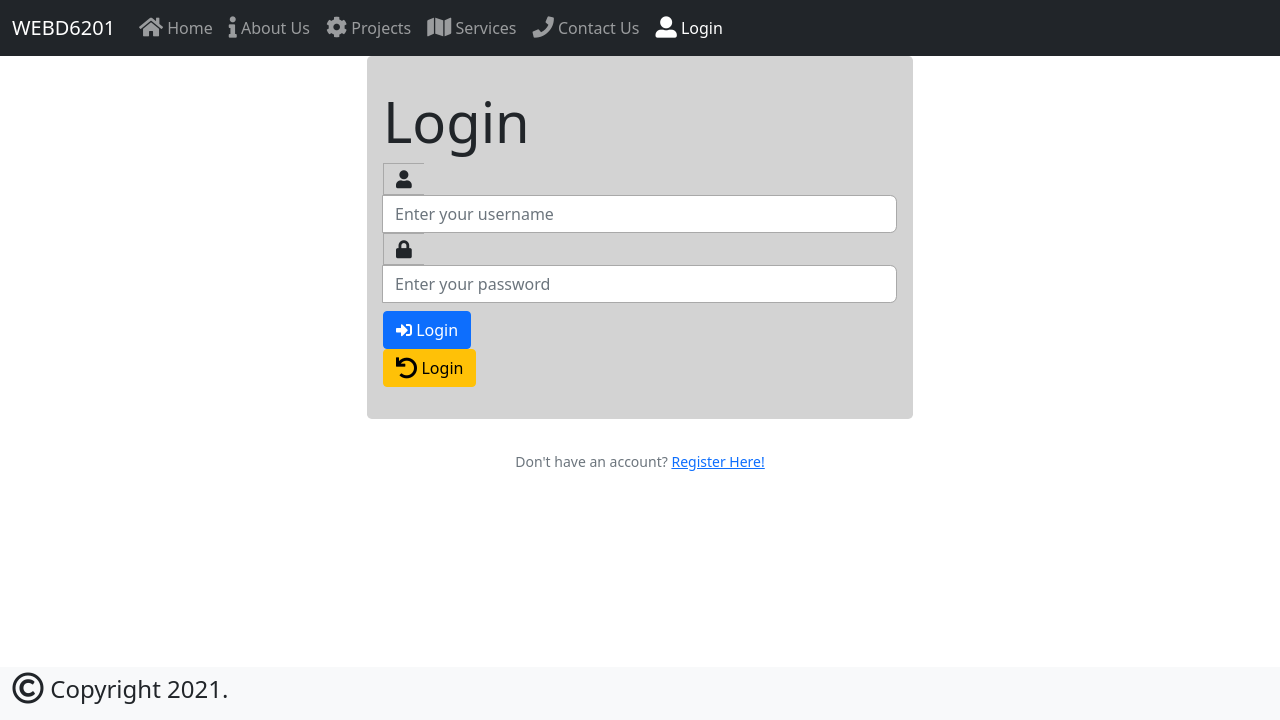
Repository: CKM206/WebD6201-W2021-ICE5
Page: login.html
These files come from the project's save history. The page is drawn as it stood at one moment and after the next save; the edit follows.
The browser window is 1280 px wide. The pictures show the whole page.

Above is the page before, as saved 2021-03-07 01:25:54.

### login.html
<!DOCTYPE html>
<html lang="en">
<head>
    <meta charset="UTF-8">
    <meta name="viewport" content="width=device-width, initial-scale=1.0">
    <title>Login</title>
    <!-- CSS Section -->
    <link rel="stylesheet" href="./node_modules/bootstrap/dist/css/bootstrap.min.css">
    <link rel="stylesheet" href="./node_modules/@fortawesome/fontawesome-free/css/all.min.css">
    <link rel="stylesheet" href="./Content/app.css">
</head>
<body>
    <!-- Main Header -->
    <header>
        <!-- Main Navigation -->
        <nav class="navbar navbar-expand-lg navbar-dark bg-dark">
            <div class="container-fluid">
              <a class="navbar-brand" href="index.html">WEBD6201</a>
              <button class="navbar-toggler" type="button" data-bs-toggle="collapse" data-bs-target="#navbarSupportedContent" aria-controls="navbarSupportedContent" aria-expanded="false" aria-label="Toggle navigation">
                <span class="navbar-toggler-icon"></span>
              </button>
              <div class="collapse navbar-collapse" id="navbarSupportedContent">
                <ul class="navbar-nav me-auto mb-2 mb-lg-0">
                  <li class="nav-item">
                    <a class="nav-link" aria-current="page" href="index.html"><i class="fas fa-home fa-lg"></i> Home</a>
                  </li>

                  <li class="nav-item">
                    <a class="nav-link" aria-current="page" href="about.html"><i class="fas fa-info fa-lg"></i> About Us</a>
                  </li>

                  <li class="nav-item">
                    <a class="nav-link" aria-current="page" href="projects.html"><i class="fas fa-cog fa-lg"></i> Projects</a>
                  </li>

                  <li class="nav-item">
                    <a class="nav-link" aria-current="page" href="services.html"><i class="fas fa-map fa-lg"></i> Services</a>
                  </li>

                  <li class="nav-item">
                    <a class="nav-link" aria-current="page" href="contact.html"><i class="fas fa-phone fa-lg"></i> Contact Us</a>
                  </li>
                  <li id="loginListItem" class="nav-item">
                    <a class="nav-link active" aria-current="page" href="login.html"><i class="fas fa-user-alt fa-lg"></i> Login</a>
                  </li>
                </ul>
              </div>
            </div>
          </nav>
    </header>

    <!-- Main Content -->
    <main class="container" id="mainContent">
      <div class="row">
          <div class="offset-md-3 col-md-6 col-sm-12">
                <div class="login" id="contentArea">
                    <h1 class="display-4">Login</h1>
                    <form id="loginForm" novalidate>

                      <div class="form-group">
                        <div class="input-group">
                          <span class="input-group-addon">
                            <i class="fa fa-user">
                            </i>
                          </span>
                          <input type="text" class="form-control" id="username" name="username"  required
                          value="" placeholder="Enter your username">
                        </div>

                      </div>

                      <div class="form-group mb-2">
                        <div class="input-group">
                          <span class="input-group-addon">
                            <i class="fa fa-lock">
                            </i>
                          </span>
                          <input type="password" class="form-control" id="password" name="password"  required
                          value="" placeholder="Enter your password">
                        </div>

                      </div>
                      <div class="text-right">
                        <button id="loginButton" type="submit" class="btn btn-primary"> <i class="fas fa-sign-in-alt"></i> Login</button>
                      </div>

                      <div class="text-right">
                        <button id="cancelButton" type="button" class="btn btn-warning"> <i class="fas fa-undo fa-lg"></i> Login</button>
                      </div>
                      </form>
                    </div>

                </div>
                <p class="text-center text-muted small">
                  Don't have an account?
                  <a href="register.html">Register Here!</a>
                </p>
          </div>
      </div>
  </main>

    <!-- Main Footer -->
    <footer>
        <nav class="navbar fixed-bottom navbar-light bg-light">
            <div class="container-fluid">
              <h4><i class="far fa-copyright fa-lg"></i> Copyright 2021.</h4>
            </div>
          </nav>
    </footer>

    <!-- Script Section-->
    <script src="./node_modules/jquery/dist/jquery.min.js"></script>
    <script src="./node_modules/bootstrap/dist/js/bootstrap.bundle.min.js"></script>

    <script src="./Scripts/namespace.js"></script>
    <script src="./Scripts/contact.js"></script>
    <script src="./Scripts/user.js"></script>
    <script src="./Scripts/app.js"></script>
</body>
</html>

### Content/app.css
/* custom css goes here */
.input-group-addon:first-child
{
    border-right: 0;
}

.input-group-addon
{
    padding: 6px 12px;
    font-size: 14px;
    font-weight: 400;
    line-height: 1;
    text-align: center;
    border: 1px solid darkgrey;
    border-radius: 4xpx;
}

.input-group-addon .fa
{
    font-size: 18px;
}

.input-group .form-control
{
    position:relative;
    z-index: 2;
    float:left;
    width: 100%;
    margin-bottom: 0;
}

.input-group .form-control:last-child
{
    border-top-left-radius: 0;
    border-bottom-left-radius: 0;
}



.login
{
    padding: 2rem 1rem;
    margin-bottom: 2rem;
    background-color: lightgrey;
    border-radius: .3rem;
}

.login input
{
    background-color: white;
    border-color: darkgrey;
    border-radius: .4em;
    width: 100%;
}

### Scripts/namespace.js

// namespace core
let core;

### Scripts/contact.js
"use strict";
// Contact Class

((core)=>{
  class Contact {
    // getters and setters
    get FullName()
    {
      return this.m_fullName;
    }

    set FullName(value)
    {
      this.m_fullName = value;
    }

    get ContactNumber()
    {
      return this.m_contactNumber;
    }

    set ContactNumber(value)
    {
      this.m_contactNumber = value;
    }

    get EmailAddress()
    {
      return this.m_emailAddress;
    }

    set EmailAddress(value)
    {
      this.m_emailAddress = value;
    }

    // constructor

    /**
     * @param {string} fullName
     * @param {string} contactNumber
     * @param {string} emailAddress
     */
    constructor(fullName = "", contactNumber = "", emailAddress = "")
    {
      this.FullName = fullName;
      this.ContactNumber = contactNumber;
      this.EmailAddress = emailAddress;
    }

    // methods

    /**
     * This method overrides the built-in toString method for the Contact class
     *
     * @returns {string}
     */
    toString()
    {
      return `Full Name     : ${this.FullName} \nContact Number: ${this.ContactNumber}\nEmail Address : ${this.EmailAddress}`;
    }

    /**
     * This method returns a JSON object made up of the properties of the Contact class
     *
     * @returns {Object}
     */
    toJSON()
    {
      return {
        "FullName": this.FullName,
        "ContactNumber": this.ContactNumber,
        "EmailAddress": this.EmailAddress
      }
    }

    /**
     * This method takes a Json data Object and assigns the values to the Contact Class Object.
     * @param {Object} data
     */
    fromJSON(data)
    {
      this.FullName = data.FullName,
      this.ContactNumber = data.ContactNumber,
      this.EmailAddress = data.EmailAddress;
    }

    /**
     * This method converts the Contact into a comma-separated value string
     *
     * @returns {string}
     */
    serialize()
    {
      if(this.FullName !== "" && this.ContactNumber !== "" && this.EmailAddress !== "")
      {
        return `${this.FullName},${this.ContactNumber},${this.EmailAddress}`;
      }
      else
      {
        console.error("One or more properties of the Contact is empty");
        return null;
      }
    }

    /**
     * This method takes a comma-separated data string and assigns the values to the Contact class properties
     *
     * @param {string} data
     * @return {void}
     */
    deserialize(data)
    {
      let propertyArray = data.split(",");
      this.FullName = propertyArray[0];
      this.ContactNumber = propertyArray[1];
      this.EmailAddress = propertyArray[2];
    }

  }

  core.Contact = Contact;

})(core || (core={}));

### Scripts/user.js
"use strict";
// User Class

((core)=>{
  class User {
    // getters and setters
    get DisplayName()
    {
      return this.m_displayName;
    }

    set DisplayName(value)
    {
      this.m_displayName = value;
    }

    get EmailAddress()
    {
      return this.m_emailAddress;
    }

    set EmailAddress(value)
    {
      this.m_emailAddress = value;
    }

    get UserName()
    {
      return this.m_username;
    }

    set UserName(value)
    {
      this.m_username = value;
    }

    get Password()
    {
      return this.m_password;
    }

    set Password(value)
    {
      this.m_password = value;
    }

    // constructor

   /**
    * Creates an instance of User.
    * @param {string} [displayName=""]
    * @param {string} [emailAddress=""]
    * @param {string} [username=""]
    * @param {string} [password=""]
    * @memberof User
    */
   constructor(displayName = "", emailAddress = "", username = "", password = "")
    {
      this.DisplayName = displayName;
      this.EmailAddress = emailAddress;
      this.Username = username;
      this.Password = password;
    }

    // methods

    /**
     * This method overrides the built-in toString method for the User class
     *
     * @returns {string}
     */
    toString()
    {
      return `Display Name     : ${this.DisplayName} \nEmail Address : ${this.EmailAddress} \nUser Name: ${this.Username}`;
    }

    /**
     * This method returns a JSON object made up of the properties of the User class
     *
     * @returns {Object}
     */
    toJSON()
    {
      return {
        "DisplayName": this.DisplayName,
        "EmailAddress": this.EmailAddress,
        "Username": this.Username,
        "Password": this.Password
      }
    }

    /**
     * This method takes a Json data Object and assigns the values to the User Class Object.
     * @param {Object} data
     */
    fromJSON(data)
    {
      this.DisplayName = data.DisplayName;
      this.EmailAddress = data.EmailAddress;
      this.Username = data.Username;
      this.Password = data.Password;
    }

    /**
     * This method converts the User into a comma-separated value string
     *
     * @returns {string}
     */
    serialize()
    {
      if(this.DisplayName !== "" && this.EmailAddress !== "" && this.UserName !== "")
      {
        return `${this.DisplayName},${this.EmailAddress},${this.UserName}`;
      }
      else
      {
        console.error("One or more properties of the User is empty");
        return null;
      }
    }

    /**
     * This method takes a comma-separated data string and assigns the values to the User class properties
     *
     * @param {string} data
     * @return {void}
     */
    deserialize(data)
    {
      let propertyArray = data.split(",");
      this.DisplayName = propertyArray[0];
      this.EmailAddress = propertyArray[1];
      this.UserName = propertyArray[2];
    }

  }

  core.User = User;

})(core || (core={}));

### Scripts/app.js
/* custom JavaScript goes here */

//IIFE - Immediately Invoked Function Expression
//AKA - Anonymous Self-Executing Function
//Closure - limits scope leak

"use strict";

((core) =>
{
    function displayHome()
    {
        let paragraphOneText =
          "This is a simple site to demonstrate DOM Manipulation for ICE 1";

        let paragraphOneElement = document.getElementById("paragraphOne");

        paragraphOneElement.textContent = paragraphOneText;
        paragraphOneElement.className = "fs-5";

        // Step 1. document.createElement
        let newParagraph = document.createElement("p");
        // Step 2. configure the element
        newParagraph.setAttribute("id", "paragraphTwo");
        newParagraph.textContent = "...And this is paragraph two";
        // Step 3. select the parent element
        let mainContent = document.getElementsByTagName("main")[0];
        // Step 4. Add / Insert the element
        mainContent.appendChild(newParagraph);

        newParagraph.className = "fs-6";

        // another way of injecting content
        let paragraphDiv = document.createElement("div");
        let paragraphThree = `<p id="paragraphThree" class="fs-7 fw-bold">And this is the Third Paragraph</p>`;
        paragraphDiv.innerHTML = paragraphThree;

        // insertions

        // example of inserting before a node
        //newParagraph.before(paragraphDiv);

        // example of inserting after a node
        newParagraph.after(paragraphDiv);

        // deletions

        // example of removing a single element
        //paragraphOneElement.remove();

        // example of removeChild
        mainContent.removeChild(paragraphOneElement);

        // update / modification
        //mainContent.firstElementChild.textContent = "Welcome Home!";

        mainContent.innerHTML = `<h1 id="firstHeading">Welcome to WEBD6201 - Lab 1</h1>
         <p id="paragraphOne" class="fs-3 fw-bold">This is my first Paragraph</p>
        `;

    }

    function displayAbout()
    {

    }

    function displayProjects()
    {

    }

    function displayServices()
    {

    }

    function testFullName()
    {
      let messageArea = $("#messageArea").hide();
      let fullNamePattern = /([A-Z][a-z]{1,25})+(\s|,|,\s|-)([A-Z][a-z]{1,25})(\s|,|,\s|-)*/

        // form validation
        $("#fullName").on("blur", function()
        {
          if(!fullNamePattern.test($(this).val()))
          {
            $(this).trigger("focus").trigger("select");
            messageArea.show().addClass("alert alert-danger").text("Please enter a valid Full Name. This must include at least an Capitalized First and Last Name.");
          }
          else
          {
              messageArea.removeAttr("class").hide();
          }
        });
    }

    function testContactNumber()
    {
      let messageArea = $("#messageArea").hide();
      let contactNumberPattern = /^(\+\d{1,2}\s)?\(?\d{3}\)?[\s.-]?\d{3}[\s.-]?\d{4}$/
        // form validation
        $("#contactNumber").on("blur", function()
        {
          if(!contactNumberPattern.test($(this).val()))
          {
            $(this).trigger("focus").trigger("select");
            messageArea.show().addClass("alert alert-danger").text("Please enter a valid Contact Number. Country Code and Area Code are optional.");
          }
          else
          {
              messageArea.removeAttr("class").hide();
          }
        });
    }

    function testEmailAddress()
    {
      let messageArea = $("#messageArea").hide();
      let emailAddressPattern = /^([a-zA-Z0-9._%-]+@[a-zA-Z0-9.-]+\.[a-zA-Z]{2,6})*$/
        // form validation
        $("#emailAddress").on("blur", function()
        {
          if(!emailAddressPattern.test($(this).val()))
          {
            $(this).trigger("focus").trigger("select");
            messageArea.show().addClass("alert alert-danger").text("Please enter a valid email address.");
          }
          else
          {
              messageArea.removeAttr("class").hide();
          }
        });
    }

    function formValidation()
    {
      testFullName();
      testContactNumber();
      testEmailAddress();
    }

    function displayContact()
    {

      // Form Validation
      formValidation();

      $("#sendButton").on("click", (event)=>
      {
        if($("#subscribeCheckbox")[0].checked)
        {
          let contact = new core.Contact(fullName.value, contactNumber.value, emailAddress.value);

          if(contact.serialize())
          {
            let key = contact.FullName.slice(0,1) + Date.now();
            localStorage.setItem(key, contact.serialize());
          }
          }
      });
    }

    function displayContactList()
    {
      // SHows what happens with asynchronous methods
      //console.log("Outside the event listener: " + XHR.responseText);

      if (localStorage.length > 0)
      {
        let contactList = document.getElementById("contactList");

        let data = "";

        let keys = Object.keys(localStorage);

        let index = 0;

        for (const key of keys)
        {

          let contactData = localStorage.getItem(key);

          let contact = new core.Contact();
          contact.deserialize(contactData);

          data += `<tr>
          <th class="text-center" scope="row">${index}</th>
          <td>${contact.FullName}</td>
          <td>${contact.ContactNumber}</td>
          <td>${contact.EmailAddress}</td>
          <td class="text-center"><button value="${key}" class="btn btn-primary btn-sm edit"><i class="fas fa-edit fa-sm"></i> Edit</button></td>
          <td class="text-center"><button value="${key}" class="btn btn-danger btn-sm delete"><i class="fas fa-trash-alt fa-sm"></i> Delete</button></td>
        </tr>`;

        index++;
        }

        contactList.innerHTML = data;


        $("button.edit").on("click", function(){
          location.href = "edit.html#" + $(this).val();
         });

         $("button.delete").on("click", function(){
           if(confirm("Are you sure?"))
           {
            localStorage.removeItem($(this).val());
            location.href = "contact-list.html"; // refresh the page
           }
         });

         $("#addButton").on("click", function()
         {
           location.href = "edit.html";
         });
      }
    }


    function displayEdit()
    {
      // Get the Key from the url hash
      let key = location.hash.substring(1);
      // Set up a new contact to hold info
      let contact = new core.Contact();

      // Check if the key is empty, if not
      if (key != "")
      {
        // Get the contact information
        contact.deserialize(localStorage.getItem(key));

        // Display the information in the form
        $("#fullName").val(contact.FullName);
        $("#contactNumber").val(contact.ContactNumber);
        $("#emailAddress").val(contact.EmailAddress);
      }
      else
      {
        $("main>h1").text("Add Contact");
        $("#editButton").html('<i class="fas fa-plus-circle fa-lg"></i> Add');
      }

      // Form Validation
      formValidation();

      // When the edit button is clicked
      $("#editButton").one("click", function()
      {

        if(document.forms[0].checkValidity())
        {
          // If the key is empty, we are making a new contact
          if(key == "")
          {
            // Create a new key for this contact
            key = contact.FullName.slice(0,1) + Date.now();
          }

          // Copy the Contact Info from the form into the Contact Objet
          contact.FullName = $("#fullName").val();
          contact.ContactNumber = $("#contactNumber").val();
          contact.EmailAddress = $("#emailAddress").val();

          // Add the Contact to LocalStorage
          localStorage.setItem(key, contact.serialize());
          location.href = "contact-list.html";
        }
      });

      // When the Cancel Button is clicked
      $("#cancelButton").on("click", function()
      {
        // Return the user to the contact list
        location.href = "contact-list.html";
      });

    }

    function displayLogin()
    {

    }

    function displayRegister()
    {

    }


    function Start()
    {
        console.log("App Started...");

        switch (document.title)
        {
          case "Home":
              displayHome();
            break;
          case "About":
              displayAbout();
            break;
          case "Projects":
              displayProjects();
            break;
          case "Services":
              displayServices();
            break;
          case "Contact":
              displayContact();
            break;
          case "Contact-List":
            displayContactList();
            break;
          case "Edit":
            displayEdit();
            break;
          case "Login":
            displayLogin();
            break;
          case "Register":
            displayRegister();
            break;
        }

    }

    window.addEventListener("load", Start);

    core.Start = Start;

})(core || (core={}));

Loaded but not shown: node_modules/bootstrap/dist/css/bootstrap.min.css (library); node_modules/@fortawesome/fontawesome-free/css/all.min.css (library); node_modules/jquery/dist/jquery.min.js (library); node_modules/bootstrap/dist/js/bootstrap.bundle.min.js (library)

After the next save:
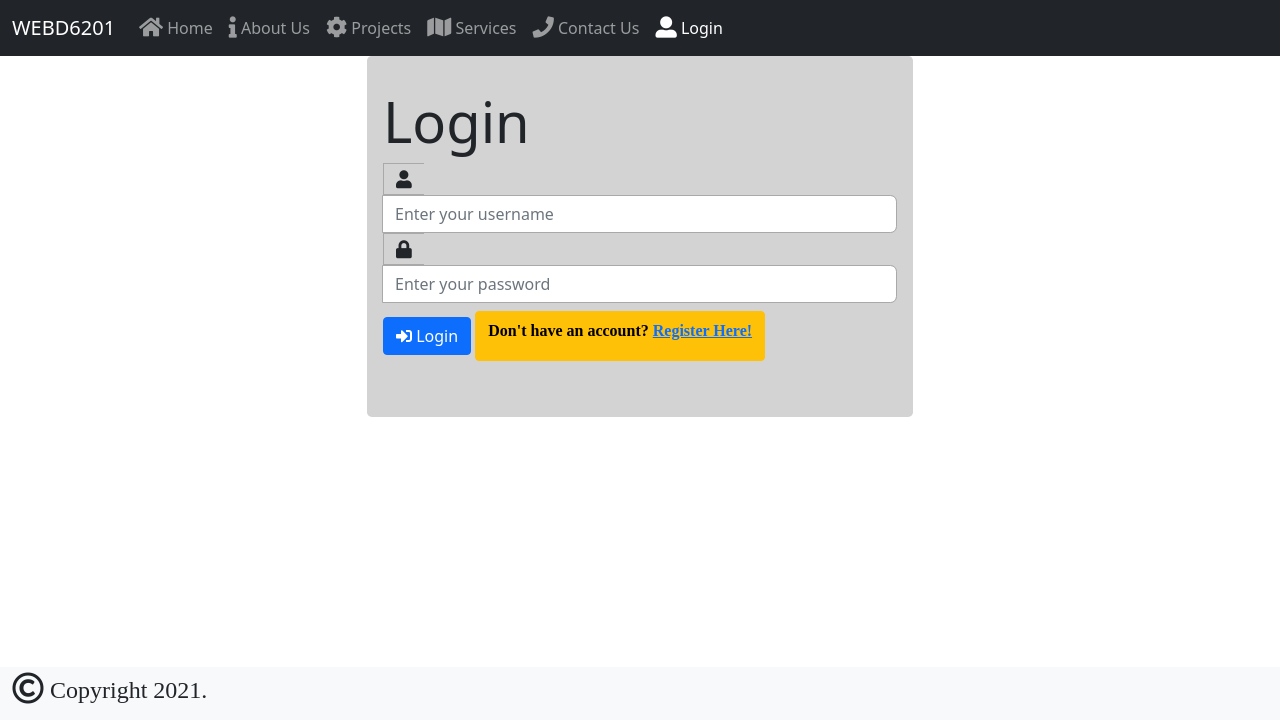
Saved 45 s later.
--- a/login.html
+++ b/login.html
@@ -82,13 +82,10 @@
                       </div>
                       <div class="text-right">
                         <button id="loginButton" type="submit" class="btn btn-primary"> <i class="fas fa-sign-in-alt"></i> Login</button>
+                        <button id="cancelButton" type="button" class="btn btn-warning"> <i class="fas fa-undo></i> Login</button>
                       </div>
 
-                      <div class="text-right">
-                        <button id="cancelButton" type="button" class="btn btn-warning"> <i class="fas fa-undo fa-lg"></i> Login</button>
-                      </div>
-                      </form>
-                    </div>
+
 
                 </div>
                 <p class="text-center text-muted small">
